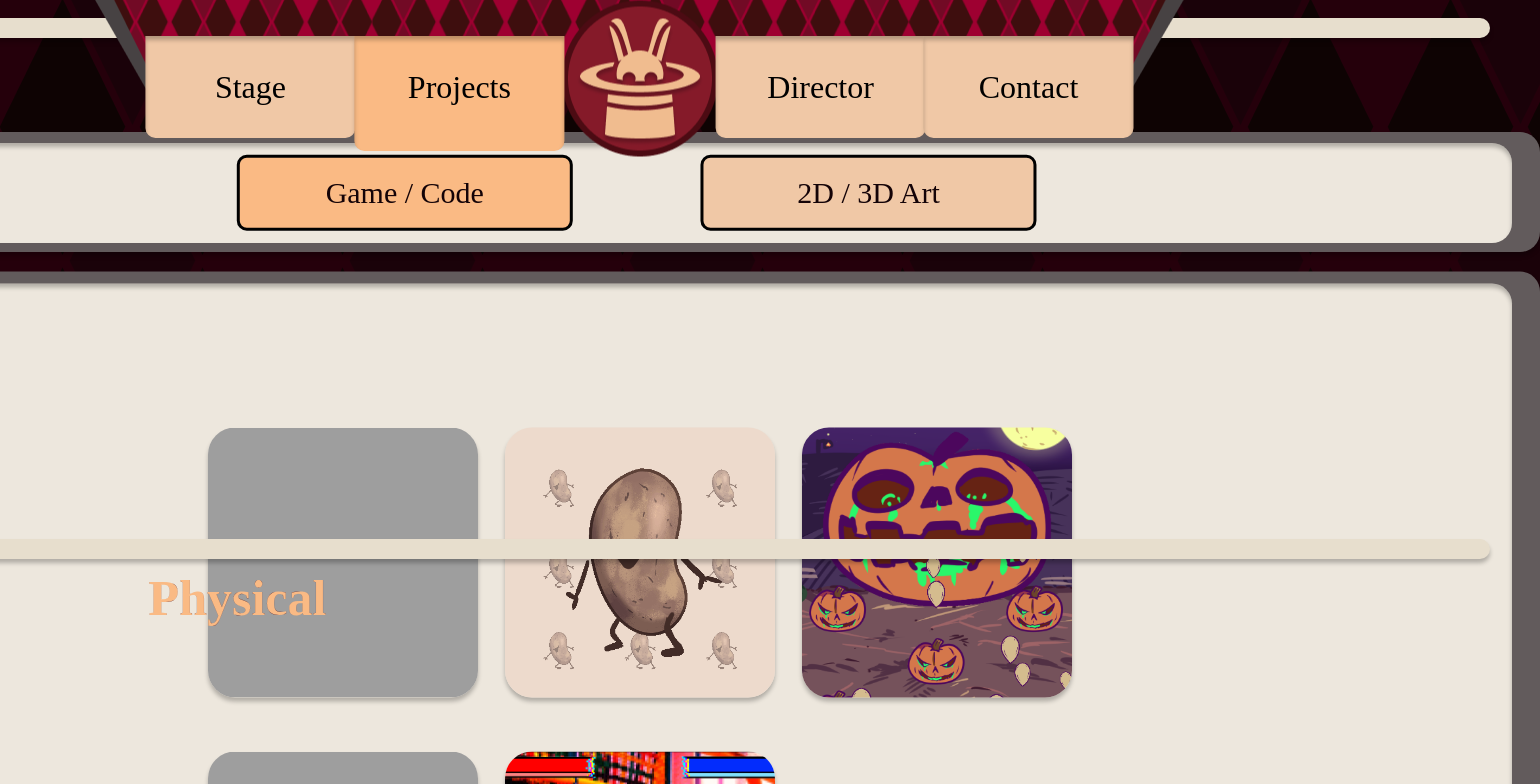
Repository: EMP-ChristinaC/Portfolio
Page: main-project-page/projects.html
These files come from the project's save history. The page is drawn as it stood at one moment and after the next save; the edit follows.
The browser window is 1280 px wide. The page is 1540 px wide, then 1280 px, so the pictures cover 1540 px, including what lies to the right of the window. The pictures show the part of the page from y = 0 to 784 px (the page is 2161 px tall).
Pictures or frames that could not be fetched are drawn as grey boxes. Some web fonts or font styles are not loaded; a fallback is used.

Above is the page before, as saved 2024-12-18 16:53:49.

After the next save:
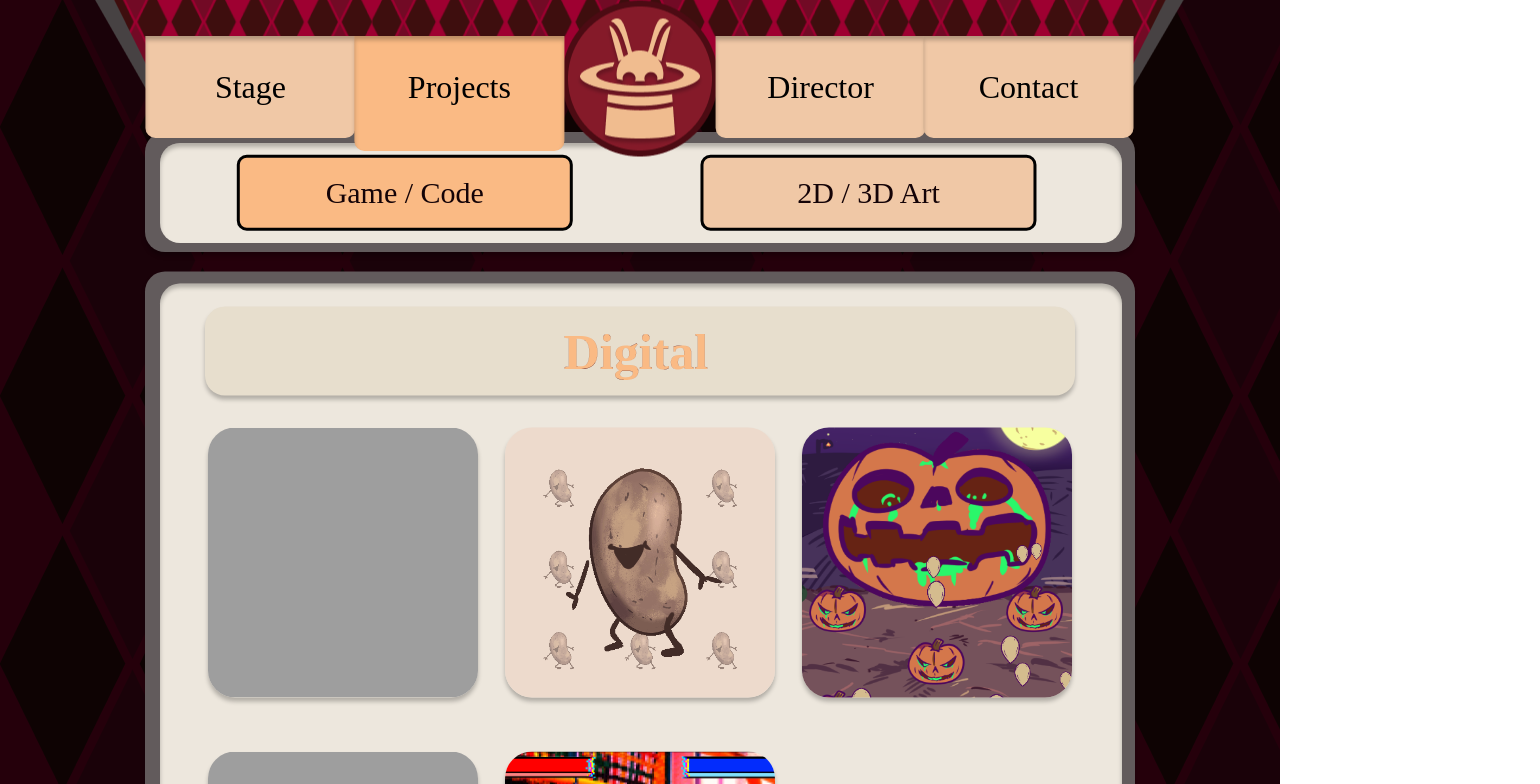
Saved 5 s later.
--- a/main-project-page/projects-style.css
+++ b/main-project-page/projects-style.css
@@ -2,7 +2,7 @@
 /*///////////////////////////////// Box Outline ////////////////////////////*/
 .box-outline-outside-projects,
 .box-outline-outside-projects-two {
-    width: 1800px;
+    width: 990px;
     height: 804px;
     background: rgba(98, 91, 92);
     box-shadow: 0px 4px 4px rgba(0, 0, 0, 0.25);
@@ -24,7 +24,7 @@
 }
 
 .box-outline-outside-projects-sub-nav {
-    width: 1800px;
+    width: 990px;
     height: 120px;
     background: rgba(98, 91, 92);
     box-shadow: 0px 4px 4px rgba(0, 0, 0, 0.25);
@@ -40,7 +40,7 @@
 
 
 .box-outline-inside-projects {
-    width: 1745px;
+    width: 962px;
     height: 780px;
     background: #EDE7DD;
     box-shadow: 0px 4px 4px rgba(0, 0, 0, 0.25) inset;
@@ -52,7 +52,7 @@
 }
 
 .box-outline-inside-projects-two {
-    width: 1745px;
+    width: 962px;
     height: 780px;
     background: #EDE7DD;
     box-shadow: 0px 4px 4px rgba(0, 0, 0, 0.25) inset;
@@ -64,7 +64,7 @@
 }
 
 .box-outline-inside-projects-sub-nav {
-    width: 1745px;
+    width: 962px;
     height: 100px;
     background: #EDE7DD;
     box-shadow: 0px 4px 4px rgba(0, 0, 0, 0.25) inset;
@@ -79,8 +79,8 @@
 
 .box-outline-heading-wel-project,
 .box-outline-heading-wel-project-two {
-    width: 1700px;
-    height: 20px;
+    width: 870px;
+    height: 89px;
     background: #E7DECD;
     box-shadow: 0px 4px 4px rgba(0, 0, 0, 0.25);
     border-radius: 20px;
@@ -91,9 +91,9 @@
 
 .box-outline-heading-wel-project {
     position: absolute;
-    top: 28%;
-    left: 50%;
-    transform: translate(-50%, -920%);
+    top: 50%;
+    left: 50%;
+    transform: translate(-50%, -60%);
 }
 
 .box-outline-heading-wel-project-two {
